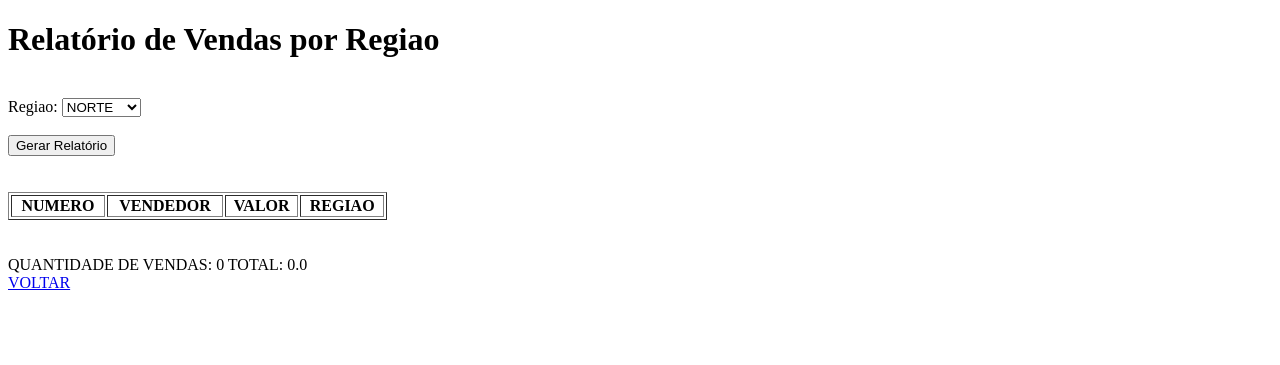
Repository: gabriellacrystina/workspaceWeb
Page: http://localhost/PrjVendas/RelatorioVendasRegiao.jsp
An editor plug-in stored every save of this project. The page is shown before and after the next save, followed by the edit.
The browser window is 1280 px wide. The pictures show the whole page.
The page is served by Tomcat 9.

Above is the page before, as saved 2015-09-23 19:19:20.

After the next save:
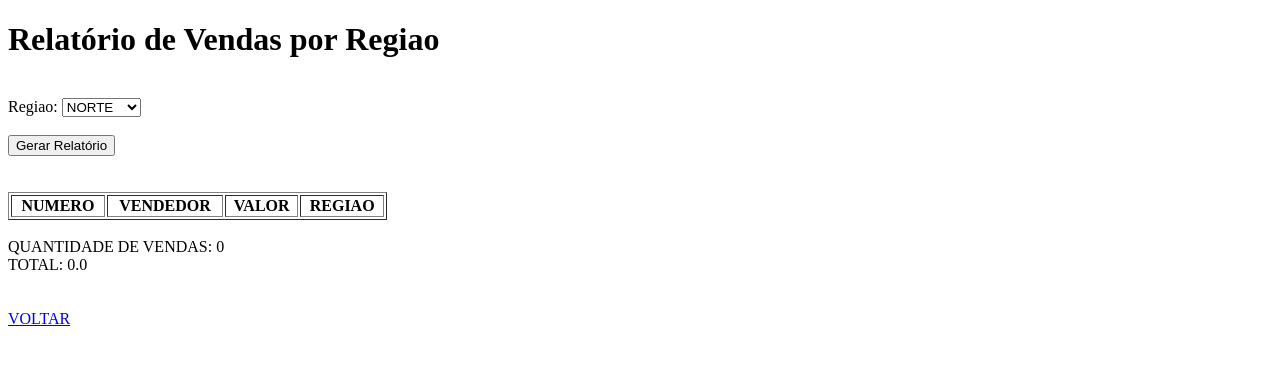
Saved 2 min 26 s later.
--- a/PrjVendas/WebContent/RelatorioVendasRegiao.jsp
+++ b/PrjVendas/WebContent/RelatorioVendasRegiao.jsp
@@ -58,11 +58,11 @@
 					}
 				}
 			%>
-		</table><br><br>
+		</table><br>
 		<div>
-			QUANTIDADE DE VENDAS: <%=qtde%>
+			QUANTIDADE DE VENDAS: <%=qtde%><br>
 			TOTAL: <%=total%>
-		</div>
+		</div><br><br>
 		<a href="Menu.jsp">VOLTAR</a><br>
 	</body>
 </html>
